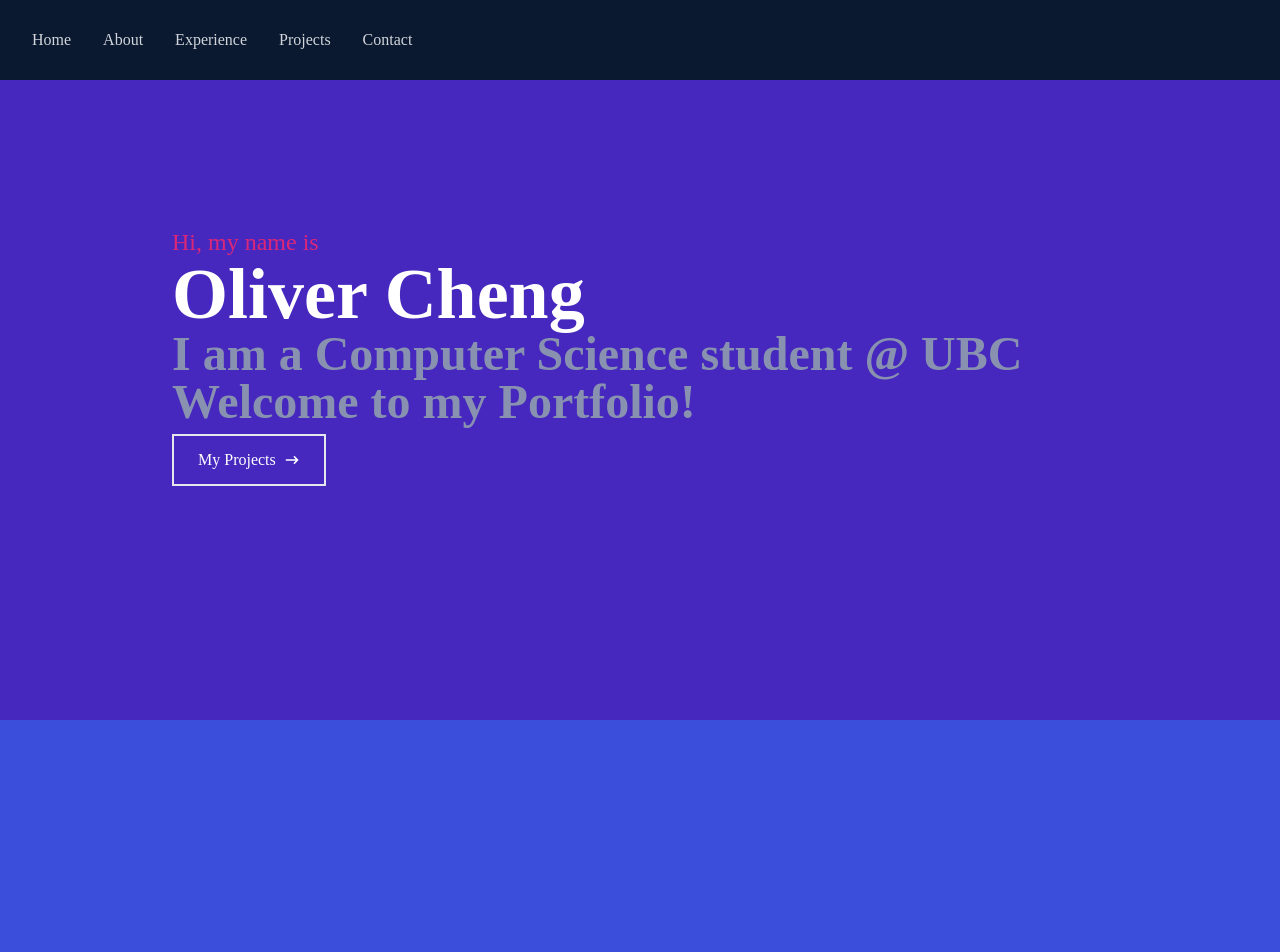
Repository: olichengus/Project-Portfolio
Page: /
The author's editor kept a copy of each file at every save. The page is drawn from the files as they stood at one save, then again after the next save.
The browser window is 1280 px wide. The pictures show the part of the page from y = 0 to 952 px (the page is 2160 px tall).
The project was rebuilt for these pictures with package versions that can differ from the ones it lists, and the page was loaded fresh each time.

Above is the page before, as saved 2024-02-09 23:50:15.

### src/index.css
@tailwind base;
@tailwind components;
@tailwind utilities;

@import url('https://fonts.googleapis.com/css2?family=Roboto:wght@300;400;500;700&display=swap');

@layer base {
  body {
    @apply font-[Raleway];
  }
  li {
    @apply px-4;
    @apply cursor-pointer;
  }
}


.content-div{
  background-repeat: no-repeat;
  background-size: cover;
  background-position: center;
  height: 250px;
}

.content-div:hover{
  background-image: linear-gradient(
    to right,
    rgba(112,157,255,0.8),
    hsla(242,74%,61%,0.8)
  )!important;
  background-color: rgba(0, 0, 0, 0.5);
  transition: 0.5s;
}

### src/App.js
import Home from './components/Home';
import Navbar from './components/Navbar';
import About from './components/About';
import Work from './components/Work';

function App() {
  return (
    <div>
      <Navbar />
      <Home />
      <About />
      <Work />
    </div>
  );
}

export default App;

### src/components/Home.jsx
import React from 'react'
import {HiArrowNarrowRight} from 'react-icons/hi'

const Home = () => {
  return (
    <div className='w-full h-screen bg-[#4628be]'>
      {/* Container */}
      <div className='max-w-[1000px] mx-auto px-8 flex flex-col justify-center h-full'>
        <p className='text-pink-600 text-2xl'>Hi, my name is</p>
        <h1 className='text-white text-7xl font-bold'>Oliver Cheng</h1>
        <h2 className='text-4xl sm:text-5xl font-bold text-[#8892b0]'> I am a Computer Science student @ UBC</h2>
        <h2 className='text-4xl sm:text-5xl font-bold text-[#8892b0]'> Welcome to my Portfolio!</h2>
        <div className='background-color'>
          <button className = 'text-white border-2 px-6 py-3 my-2 flex items-center hover:bg-pink-600 hover:border-pink-600'>
            My Projects
            <span className='group-hover:rotate-90 duration-300'>
              <HiArrowNarrowRight className='ml-2' />
            </span>
          </button>
        </div>
      </div>

    </div>
  )
}

export default Home

### src/components/navbar.js
import React, {useState} from 'react'
import {
    FaBars,
    FaTimes,
    FaGithub,
    FaLinkedin
  } from 'react-icons/fa';
import { HiOutlineMail } from 'react-icons/hi';
import BsFillPersonFill from 'react-icons/bs';

const Navbar = () => {
    const [nav, setNav] = useState(false)
    const handleClick = () => setNav(!nav)
  return (
    <div className='fixed w-full h-[80px] flex justify-between items-center px-4 bg-[#0a192f] text-gray-300'>
    {/* menu */}
        <div className='hidden md:flex'>
            <ul className='hidden md:flex'>
                <li>Home</li>
                <li>About</li>
                <li>Experience</li>
                <li>Projects</li>
                <li>Contact</li>


            </ul>
        </div>

        <div onClick={handleClick} className='md:hidden z-10'>
            {/* if false set it to bars else set it to x logo*/}
            {!nav ? <FaBars /> : <FaTimes />}
        </div>


        {/* Moble menu */}
        <ul className={!nav ? "hidden": 'absolute top-0 left-0 w-full h-screen bg-[#0a192f] flex flex-col justify center items-center'}>
                <li className='py-6 text-4xl'>Home</li>
                <li className='py-6 text-4xl'>About</li>
                <li className='py-6 text-4xl'>Experience</li>
                <li className='py-6 text-4xl'>Projects</li>
                <li className='py-6 text-4xl'>Contact</li>

        </ul>
        {/* Social Icons */}
        <div className='flex fixed flex-col top-[35%] left-0;'>
        </div>
    </div>


  )
}

export default Navbar

### src/components/About.jsx
import React from 'react';

const About = () => {
    return (
        <div name='about' className='w-full h-screen bg-[#3b4ddb] text-gray-300'>
            <div className='flex flex-col justify-center items-center w-full h-full'>
                <div className='max-w-[1000px] w-full px-4 justify-center items-center'>
                    <div className='text-left'>
                        <p className='text-4xl font-bold inline border-b-4 border-pink-600 hover:text-white'>About</p>
                    </div>

                </div>
                <div className='mt-9 max-w-[1000px] w-full'>
                </div>
            </div>
        </div>
    )
}

export default About;

### src/components/Work.jsx
import React from 'react';
import Background from '../assets/background.jpeg';

const Work = () => {
    return (
        <div className='w-full md:h-screen text-gray-300 bg-[#3b4ddb]'>
            <div className='max-w-[1000px] mx-auto p-4 flex flex-col justify-center w-full h-full'>
                <div>
                    <p className='text-4xl font-bold inline border-b-4 text-gray-300 border-pink-600'>My Projects</p>
                </div>

            {/* Container */}

                <div className='grid sm:grid-cols-2 md:grid-cols-3 gap-4 mt-7'>

            {/* Grid Item */}
                    <div style = {{backgroundImage: `url(${Background})`}}
                    className='shadow-lg shadow-[#040c16] group container rounded-md flex justify-center items-center mx-auto content-div'>

                        {/* Hover Effects */}
                        <div className='opacity-0 group-hover:opacity-100'>
                            <span className='text-2xl font-bold text-white tracking-wider'>
                                UBC Elective Finder
                            </span>
                            <div className='pt-8 text-center'>
                                {/* <a href ="/">
                                    <button className='text-center rounded-lg px-4 py-3 m-2 bg-white text-gray-700 font-bold text-lg'>Demo</button>
                                </a> */}
                                <a href = "https://github.com/olichengus/UBC-Elective-Finder">
                                    <button className='text-center rounded-lg px-5 py-3 m-2 bg-white text-gray-700 font-bold text-lg'>View</button>
                                </a>
                            </div>
                        </div>
                    </div>

                    <div style = {{backgroundImage: `url(${Background})`}}
                    className='shadow-lg shadow-[#040c16] group container rounded-md flex justify-center items-center mx-auto content-div'>

                        {/* Hover Effects */}
                        <div className='opacity-0 group-hover:opacity-100'>
                            <span className='text-2xl font-bold text-white tracking-wider'>
                                Telomeres Website
                            </span>
                            <div className='pt-8 text-center'>
                                {/* <a href ="/">
                                    <button className='text-center rounded-lg px-4 py-3 m-2 bg-white text-gray-700 font-bold text-lg'>Demo</button>
                                </a> */}
                                <a href = "https://github.com/olichengus/TelomeresWebsite">
                                    <button className='text-center rounded-lg px-5 py-3 m-2 bg-white text-gray-700 font-bold text-lg'>View</button>
                                </a>
                            </div>
                        </div>
                    </div>

                    <div style = {{backgroundImage: `url(${Background})`}}
                    className='shadow-lg shadow-[#040c16] group container rounded-md flex justify-center items-center mx-auto content-div'>

                        {/* Hover Effects */}
                        <div className='opacity-0 group-hover:opacity-100'>
                            <span className='text-2xl font-bold text-white tracking-wider'>
                                Wishlist Application
                            </span>
                            <div className='pt-8 text-center'>
                                {/* <a href ="https://github.com/olichengus/WishList">
                                    <button className='text-center rounded-lg px-4 py-3 m-2 bg-white text-gray-700 font-bold text-lg'>Demo</button>
                                </a> */}
                                <a href = "https://github.com/olichengus/WishList">
                                    <button className='text-center rounded-lg px-5 py-3 m-2 bg-white text-gray-700 font-bold text-lg'>View</button>
                                </a>
                            </div>
                        </div>
                    </div>

                    <div style = {{backgroundImage: `url(${Background})`}}
                    className='shadow-lg shadow-[#040c16] group container rounded-md flex justify-center items-center mx-auto content-div'>

                        {/* Hover Effects */}
                        <div className='opacity-0 group-hover:opacity-100'>
                            <span className='text-2xl font-bold text-white tracking-wider'>
                                PythonRoads
                            </span>
                            <div className='pt-8 text-center'>
                                {/* <a href ="/">
                                    <button className='text-center rounded-lg px-4 py-3 m-2 bg-white text-gray-700 font-bold text-lg'>Demo</button>
                                </a> */}
                                <a href = "https://github.com/olichengus/PythonRoads">
                                    <button className='text-center rounded-lg px-5 py-3 m-2 bg-white text-gray-700 font-bold text-lg'>View</button>
                                </a>
                            </div>
                        </div>
                    </div>

                </div>



            </div>
        </div>
    );
};

export default Work;

### tailwind.config.js
/** @type {import('tailwindcss').Config} */
module.exports = {
  content: ["./src/**/*.{html,jsx}"],
  theme: {
    extend: {},
  },
  plugins: [],
}

Loaded but not shown: public/index.html (common file); src/index.js (common file)

After the next save:
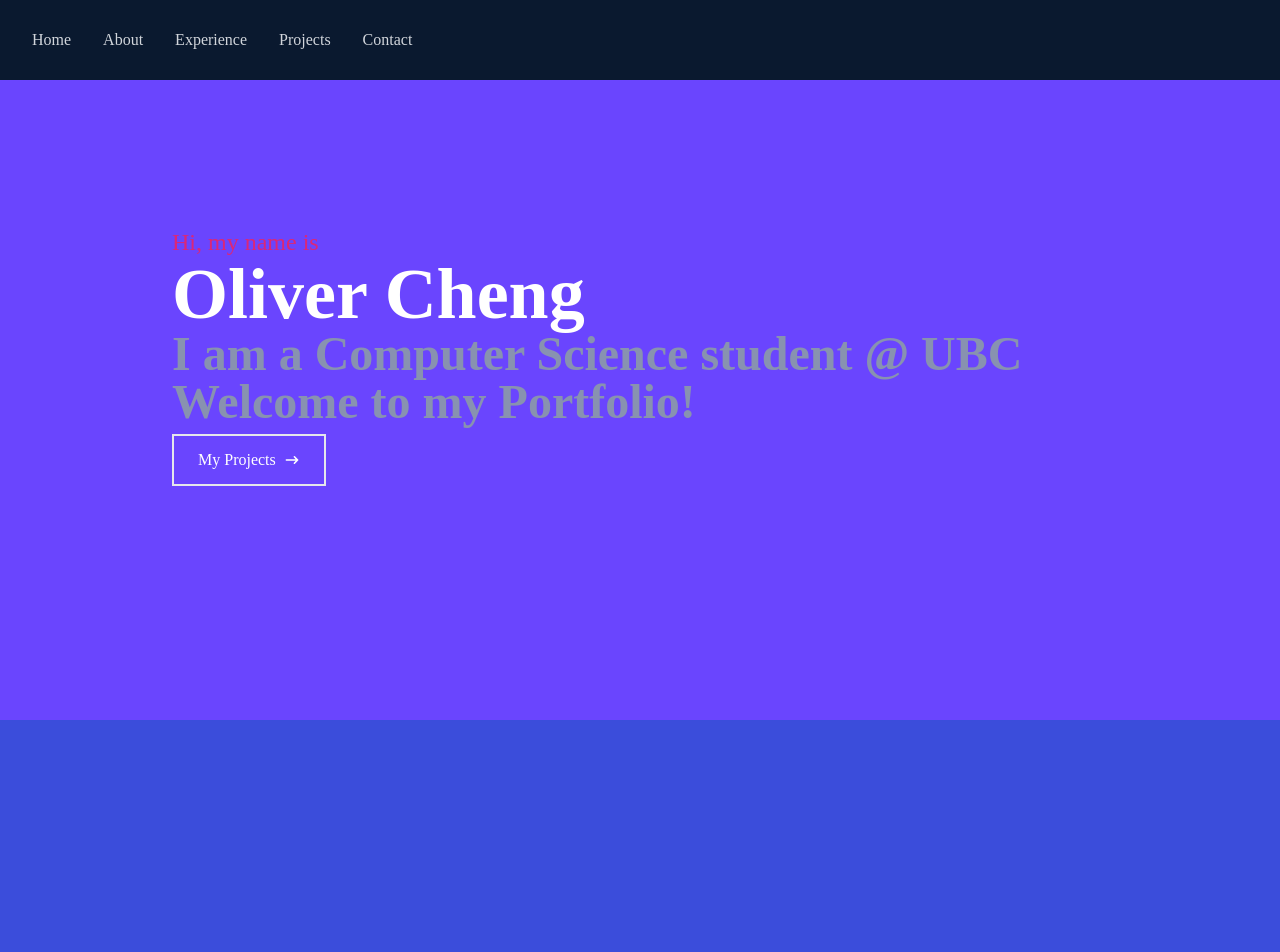
Saved 5 s later.
--- a/src/components/Home.jsx
+++ b/src/components/Home.jsx
@@ -3,7 +3,7 @@ import {HiArrowNarrowRight} from 'react-icons/hi'
 
 const Home = () => {
   return (
-    <div className='w-full h-screen bg-[#4628be]'>
+    <div className='w-full h-screen bg-[#6a45fe]'>
       {/* Container */}
       <div className='max-w-[1000px] mx-auto px-8 flex flex-col justify-center h-full'>
         <p className='text-pink-600 text-2xl'>Hi, my name is</p>
